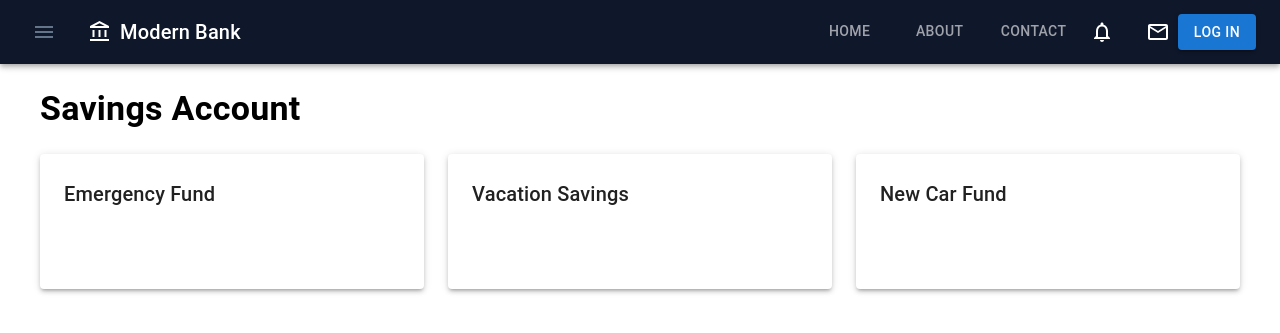
Repository: MohammadMazloum123/Moder-Bank-Full-Stack-Project
Page: /savings-account (app in Desktop/front-modernbank/front-modernbank/)
These files come from the project's save history. The page is drawn as it stood at one moment and after the next save; the edit follows.
The browser window is 1280 px wide. The pictures show the whole page.
The project was rebuilt for these pictures with package versions that can differ from the ones it lists, and the page was loaded fresh each time. Also part of the build but not shown: Desktop/front-modernbank/front-modernbank/src/components/HomePage.jsx, Desktop/front-modernbank/front-modernbank/src/transactions/NewTransaction.tsx, Desktop/front-modernbank/front-modernbank/src/transactions/TransactionsHistory.tsx.

Above is the page before, as saved 2024-11-18 17:17:48.

After the next save:
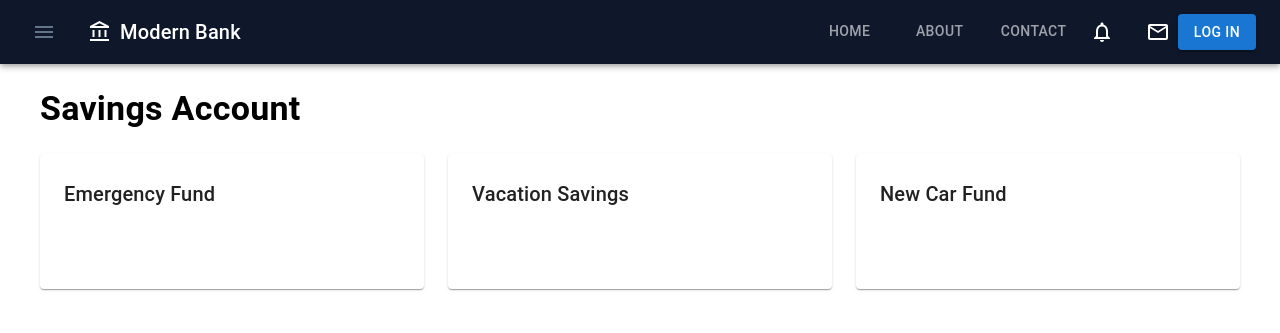
Saved 31 s later.
--- a/Desktop/front-modernbank/front-modernbank/src/savings/SavingsAccount.tsx
+++ b/Desktop/front-modernbank/front-modernbank/src/savings/SavingsAccount.tsx
@@ -58,7 +58,7 @@
         <Grid container spacing={3} sx={{mb:3}}>
             {accounts.map((account) =>(
                 <Grid item xs={12} md={4} key={account.id}>
-                    <Paper elevation={3} sx={{display:'flex', height:'100%', flexDirection:'column', p: 3}}>
+                    <Paper  sx={{display:'flex', height:'100%', flexDirection:'column', p: 3}}>
                         <Typography variant='h6' gutterBottom>{account.name}</Typography>
                     </Paper>
                 </Grid>

After the save that followed:
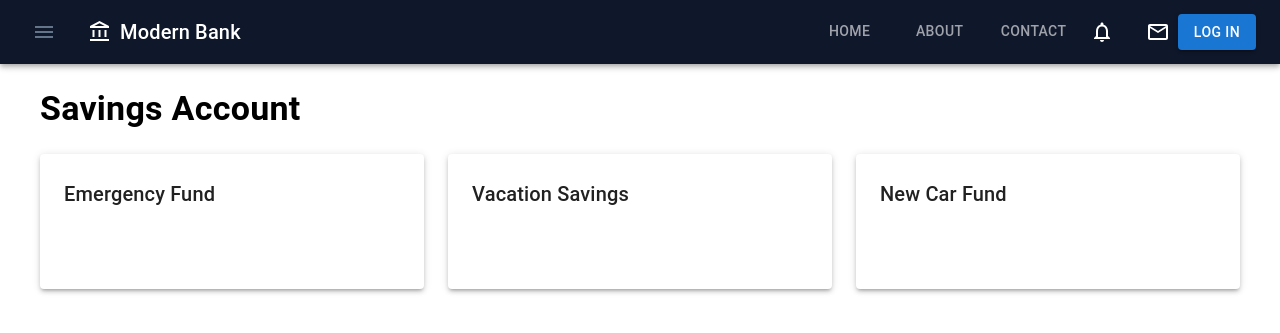
Saved 12 s later.
--- a/Desktop/front-modernbank/front-modernbank/src/savings/SavingsAccount.tsx
+++ b/Desktop/front-modernbank/front-modernbank/src/savings/SavingsAccount.tsx
@@ -58,7 +58,7 @@
         <Grid container spacing={3} sx={{mb:3}}>
             {accounts.map((account) =>(
                 <Grid item xs={12} md={4} key={account.id}>
-                    <Paper  sx={{display:'flex', height:'100%', flexDirection:'column', p: 3}}>
+                    <Paper elevation={3} sx={{display:'flex', height:'100%', flexDirection:'column', p: 3}}>
                         <Typography variant='h6' gutterBottom>{account.name}</Typography>
                     </Paper>
                 </Grid>
